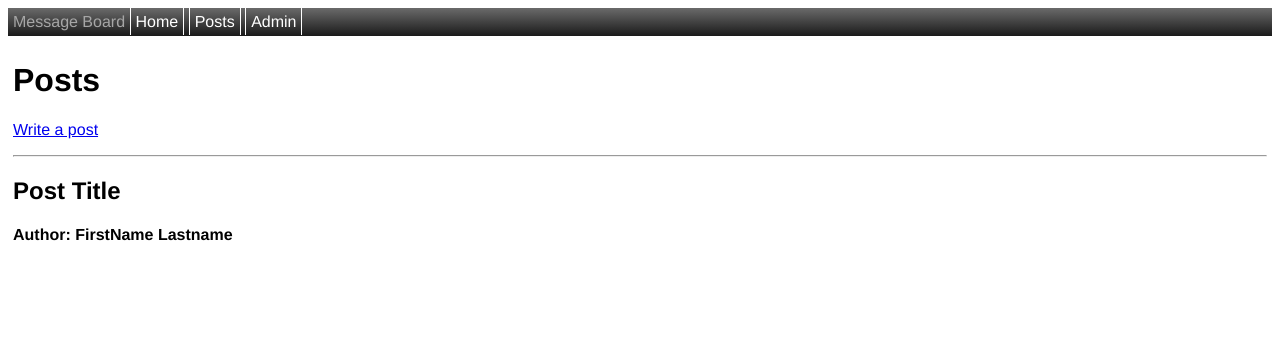
Repository: JesseFo/Whitespace
Page: whitespace/WebContent/WEB-INF/posts2.html
The author's editor kept a copy of each file at every save. The page is drawn from the files as they stood at one save, then again after the next save.
The browser window is 1280 px wide. The pictures show the whole page.

Above is the page before, as saved 2015-12-05 07:45:36.

### whitespace/WebContent/WEB-INF/posts2.html
<!DOCTYPE html>
<html>
	<head>
		<title>Posts</title>
		<link rel="stylesheet" type="text/css" href="main.css">
	</head>
	<body>
		<div id="wrapper">
			<nav>
				Message Board
				<a href="#">Home</a>
				<a href="posts.jsp">Posts</a>
				<a href="#">Admin</a>
			</nav>

			<div id="content">
				<h1>Posts</h1>
				<p><a href="newpost.jsp">Write a post</a></p>
				<hr />
				<div class="post">
					<h2>Post Title</h2>
					<h4>Author: FirstName Lastname</h4>
				</div>
			</div>
		</div>
	</body>
</html>

### whitespace/WebContent/WEB-INF/main.css
@CHARSET "ISO-8859-1";

#wrapper
{
	font-family: Helvetica, Arial, sans-serif;
}

nav
{
  background: -webkit-linear-gradient(#6A6A6A, #1A1A1A); /* For Safari 5.1 to 6.0 */
  background: -o-linear-gradient(#6A6A6A, #1A1A1A); /* For Opera 11.1 to 12.0 */
  background: -moz-linear-gradient(#6A6A6A, #1A1A1A); /* For Firefox 3.6 to 15 */
  background: linear-gradient(#6A6A6A, #1A1A1A); /* Standard syntax */
  color: #A6A6A6;
  padding: 5px
}

nav > a
{
	text-decoration: none;
	color: white;
	padding: 5px;
	border-left: 1px solid white;
	border-right: 1px solid white;
	margin: 0;
}

#content
{
	padding: 5px;
}

td
{
	padding-right: 5px;
}

.formlabel
{
	text-align: right;
}

.post
{
	border: 1p solid black;
	border-radius: 10px;
}

After the next save:
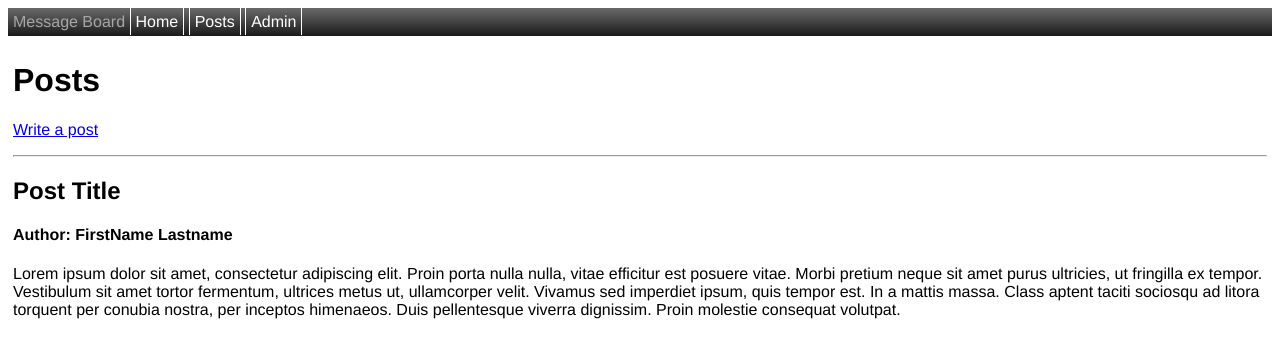
Saved 2 min 27 s later.
--- a/whitespace/WebContent/WEB-INF/posts2.html
+++ b/whitespace/WebContent/WEB-INF/posts2.html
@@ -20,6 +20,7 @@
 				<div class="post">
 					<h2>Post Title</h2>
 					<h4>Author: FirstName Lastname</h4>
+					<p>Lorem ipsum dolor sit amet, consectetur adipiscing elit. Proin porta nulla nulla, vitae efficitur est posuere vitae. Morbi pretium neque sit amet purus ultricies, ut fringilla ex tempor. Vestibulum sit amet tortor fermentum, ultrices metus ut, ullamcorper velit. Vivamus sed imperdiet ipsum, quis tempor est. In a mattis massa. Class aptent taciti sociosqu ad litora torquent per conubia nostra, per inceptos himenaeos. Duis pellentesque viverra dignissim. Proin molestie consequat volutpat.</p>
 				</div>
 			</div>
 		</div>
